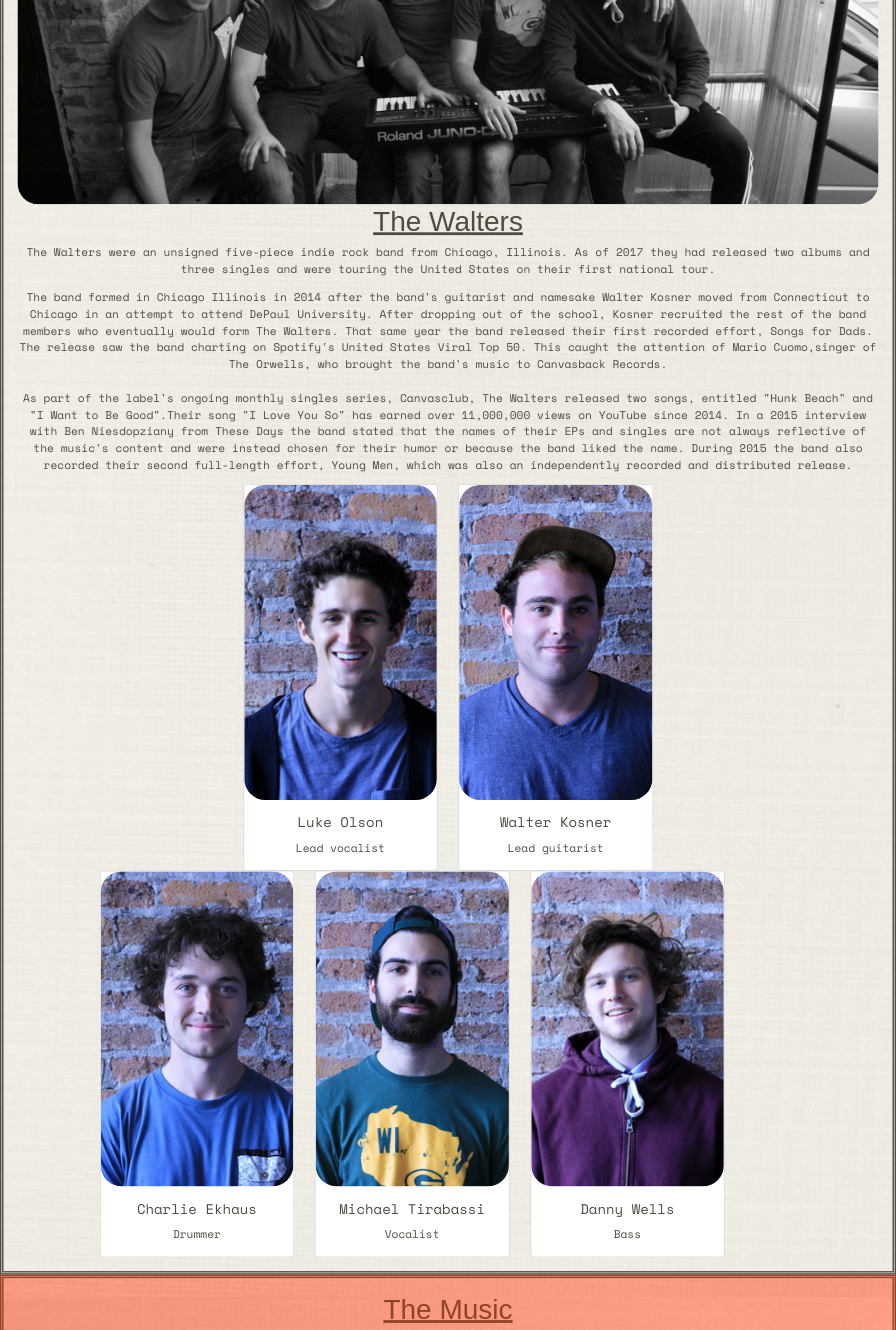
Repository: yucheng91/CIassignment1
Page: index.html
The author's editor kept a record of every edit. The page is drawn from the files as they stood at one moment, then again after the next edit.
The browser window is 1280 px wide. The pictures show the part of the page from y = 1147 to 3047 px (the page is 4296 px tall before and 4292 px after), at 70% of full size.
Pictures or frames that could not be fetched are drawn as grey boxes. Backgrounds fixed to the window are drawn as part of the page. Some web fonts or font styles are not loaded; a fallback is used.

Above is the page before.

### index.html
<!doctype html>
<html lang="en">

<head>
  <!-- Required meta tags -->
  <meta charset="utf-8">
  <meta name="viewport" content="width=device-width, initial-scale=1, shrink-to-fit=no">

  <!-- Bootstrap CSS -->
  <link rel="stylesheet" href="https://stackpath.bootstrapcdn.com/bootstrap/4.3.1/css/bootstrap.min.css" integrity="sha384-ggOyR0iXCbMQv3Xipma34MD+dH/1fQ784/j6cY/iJTQUOhcWr7x9JvoRxT2MZw1T" crossorigin="anonymous">
  <link rel="stylesheet" href="newstyle.css" type="text/css" />
  <link rel="stylesheet" href="https://maxcdn.bootstrapcdn.com/font-awesome/4.7.0/css/font-awesome.min.css" type="text/css" />
  <link href='https://fonts.googleapis.com/css?family=Allerta Stencil' rel='stylesheet'>
  <link href="https://fonts.googleapis.com/css?family=Space+Mono&display=swap" rel="stylesheet">
  <script src="https://code.jquery.com/jquery-3.4.1.js" integrity="sha256-WpOohJOqMqqyKL9FccASB9O0KwACQJpFTUBLTYOVvVU=" crossorigin="anonymous"></script>
  <title>The Walters</title>
</head>

<body>

  <header>
    <div class="container-fluid">
      <div class="row">
        <div class="col">
          <a name="Home" />
          <div class="vintage__container">
            <p class="vintage vintage__bot">THE WALTERS</p>
          </div>
        </div>
      </div>
      <div>
        <a href="https://www.facebook.com/TheWaltersband"><i class="fa fa-facebook-square fa-2x" aria-hidden="true"></i></a>
        <a href="https://twitter.com/TheWalters_"><i class="fa fa-twitter-square fa-2x" aria-hidden="true"></i></a>
        <a href="https://www.instagram.com/thewalters_/?hl=en"><i class="fa fa-instagram fa-2x" aria-hidden="true"></i></a>
        <a href="https://www.youtube.com/channel/UCm54E8Hlf_z1GIpVUChBTQA"><i class="fa fa-youtube-square fa-2x" aria-hidden="true"></i></a>
      </div>
    </div>
    </div>
    </br>
  </header>

  </section>
  <section id="thecarousel">
    <div id="carouselExampleControls" class="carousel slide" data-ride="carousel">
      <div class="carousel-inner">
        <div class="carousel-item active">
          <img class="d-block w-100" src="images/c1.jpg" alt="The Walters Group Photo 1">
        </div>
        <div class="carousel-item">
          <img class="d-block w-100" src="images/c2.jpg" alt="The Walters Group Photo 2">
        </div>
        <div class="carousel-item">
          <img class="d-block w-100" src="images/c3.jpg" alt="The Walters Group Photo 3">
        </div>
      </div>
      <a class="carousel-control-prev" href="#carouselExampleControls" role="button" data-slide="prev">
    <span class="carousel-control-prev-icon" aria-hidden="true"></span>
    <span class="sr-only">Previous</span>
  </a>
      <a class="carousel-control-next" href="#carouselExampleControls" role="button" data-slide="next">
    <span class="carousel-control-next-icon" aria-hidden="true"></span>
    <span class="sr-only">Next</span>
  </a>
    </div>
  </section>

  <section id="upcomingshow">
    <div>
      <h1>Upcoming Shows 2019</h1>
      <div class="text-content">
        <div class="container-fluid">
          <div class="row">
            <div class="col-12 col-md-3">
              <p>26-27 JUL</p>
            </div>
            <div class="col-12 col-md-6">
              <p>Hard Rock Hotel, Resort World Sentosa</p>
            </div>
            <div class="col-12 col-md-3 text-center">
              <a href="https://www.eventbrite.sg"><button type="button" class="btn btn-dark">RSVP</button></p></a>
            </div>
          </div>

          <div class="row">
            <div class="col-12 col-md-3">
              <p>30-31 AUG</p>
            </div>
            <div class="col-12 col-md-6">
              <p>Hard Rock Cafe, Orchard Singapore</p>
            </div>
            <div class="col-12 col-md-3 text-center">
              <a href="https://www.eventbrite.sg"><button type="button" class="btn btn-dark">RSVP</button></p></a>
            </div>
          </div>
          <div class="row">
            <div class="col-12 col-md-3">
              <p>27-28 SEP</p>
            </div>
            <div class="col-12 col-md-6">
              <p>Hard Rock Hotel, Resort World Sentosa</p>
            </div>
            <div class="col-12 col-md-3 text-center">
              <a href="https://www.eventbrite.sg"><button type="button" class="btn btn-dark">RSVP</button></p></a>
            </div>
          </div>
          <div class="row">
            <div class="col-12 col-md-3">
              <p>26-27 OCT</p>
            </div>
            <div class="col-12 col-md-6">
              <p>Hard Rock Cafe, Orchard Singapore</p>
            </div>
            <div class="col-12 col-md-3 text-center">
              <a href="https://www.eventbrite.sg"><button type="button" class="btn btn-dark">RSVP</button></p></a>
            </div>
          </div>
        </div>
      </div>
  </section>

  <section id="themembers">
    <div class="members">
      <a name="TheWalters" />
      <img src="images/groupphoto.jpeg" alt="The Walters">
      <h1>The Walters</h1>
      <div class="text-content">
        <p>The Walters were an unsigned five-piece indie rock band from Chicago, Illinois. As of 2017 they had released two albums and three singles and were touring the United States on their first national tour.</p>
        <p>The band formed in Chicago Illinois in 2014 after the band's guitarist and namesake Walter Kosner moved from Connecticut to Chicago in an attempt to attend DePaul University. After dropping out of the school, Kosner recruited the rest of the band
          members who eventually would form The Walters. That same year the band released their first recorded effort, Songs for Dads. The release saw the band charting on Spotify's United States Viral Top 50. This caught the attention of Mario Cuomo,singer
          of The Orwells, who brought the band's music to Canvasback Records. <br><br>
          As part of the label's ongoing monthly singles series, Canvasclub, The Walters released two songs, entitled "Hunk Beach" and "I Want to Be Good".Their song "I Love You So" has
          earned over 11,000,000 views on YouTube since 2014. In a 2015 interview with Ben Niesdopziany from These Days the band stated that the names of their EPs and singles are not always reflective of the music's content and were instead chosen
          for their humor or because the band liked the name. During 2015 the band also recorded their second full-length effort, Young Men, which was also an independently recorded and distributed release.</p>
        <div class="container-fluid">
          <div class="row">
            <div class="col-3"></div>
            <div class="col-12 col-md-3 card-padding">
              <div class="card">
                <img class="card-img-top" src="images/lukeolson.png" alt="Luke Olson Photo">
                <div class="card-body">
                  <h5 class="card-title">Luke Olson</h5>
                  <p class="card-text">Lead vocalist</p>
                </div>
              </div>
            </div>
            <div class="col-12 col-md-3 card-padding">
              <div class="card">
                <img class="card-img-top" src="images/walterkosner.png" alt="Walter Kosner Photo">
                <div class="card-body">
                  <h5 class="card-title">Walter Kosner</h5>
                  <p class="card-text">Lead guitarist</p>
                </div>
              </div>
            </div>
            <div class="col-3"></div>
          </div>
          <div class="row">
            <div class="col-1"></div>
            <div class="col-12 col-md-3 card-padding">
              <div class="card">
                <img class="card-img-top" src="images/charlieekhaus.jpeg" alt="Charlie Ekhaus Photo">
                <div class="card-body">
                  <h5 class="card-title">Charlie Ekhaus</h5>
                  <p class="card-text">Drummer</p>
                </div>
              </div>
            </div>
            <div class="col-12 col-md-3 card-padding">
              <div class="card">
                <img class="card-img-top" src="images/mjtirabassi.jpeg" alt="Michael Tirabassi Photo">
                <div class="card-body">
                  <h5 class="card-title">Michael Tirabassi</h5>
                  <p class="card-text">Vocalist</p>
                </div>
              </div>
            </div>
            <div class="col-12 col-md-3 card-padding">
              <div class="card">
                <img class="card-img-top" src="images/dannywells.png" alt="Danny Wells photo">
                <div class="card-body">
                  <h5 class="card-title">Danny Wells</h5>
                  <p class="card-text">Bass</p>
                </div>
              </div>
            </div>
            <div class="col-1"></div>
          </div>
        </div>
      </div>
    </div>
  </section>


  <section id="themusic">
    <div class="music">
      <a name="Music" />
      <h1>The Music</h1>
      <div class="container-fluid">
        <div class="row">
          <div class="col-2"></div>
          <div class="col-12 col-md-4">
            <iframe src="https://open.spotify.com/embed/album/3MFTbUnA8C9T6KCBb0gpH5" style="border: 0; width: 100%; height: 380px;" allowfullscreen allow="autoplay; encrypted-media"></iframe>
          </div>
          <div class="col-12 col-md-4">
            <iframe src="https://open.spotify.com/embed/album/5ADia0t4o7pA8dyi8jRA4E" style="border: 0; width: 100%; height: 380px;" allowfullscreen allow="autoplay; encrypted-media"></iframe>
          </div>
          <div class="col-2"></div>
        </div>
  </section>

  <section id="thevideo">
    <div class="video">
      <a name="Video" />
      <h1>The Video</h1>
      <div class="embed-responsive embed-responsive-16by9">
        <iframe class="embed-responsive-item" src="https://www.youtube.com/embed/5zfrnme2nJ4" allowfullscreen></iframe>
      </div>
    </div>
  </section>

  <footer>
    <ul class="nav justify-content-start">
      <li class="nav-item">
        <a class="nav-link active" href="#Home">Home</a>
      </li>
      <li class="nav-item">
        <a class="nav-link" href="#TheWalters">The Walters</a>
      </li>
      <li class="nav-item">
        <a class="nav-link" href="#Music">The Music</a>
      </li>
      <li class="nav-item">
        <a class="nav-link" href="#Video">The Video</a>
      </li>
    </ul>
  </footer>

  <!-- Optional JavaScript -->
  <!-- jQuery first, then Popper.js, then Bootstrap JS -->
  <script type="text/javascript" src="jquery.js"></script>
  <script src="https://cdnjs.cloudflare.com/ajax/libs/popper.js/1.14.7/umd/popper.min.js" integrity="sha384-UO2eT0CpHqdSJQ6hJty5KVphtPhzWj9WO1clHTMGa3JDZwrnQq4sF86dIHNDz0W1" crossorigin="anonymous"></script>
  <script src="https://stackpath.bootstrapcdn.com/bootstrap/4.3.1/js/bootstrap.min.js" integrity="sha384-JjSmVgyd0p3pXB1rRibZUAYoIIy6OrQ6VrjIEaFf/nJGzIxFDsf4x0xIM+B07jRM" crossorigin="anonymous"></script>
</body>

</html>

### newstyle.css
/*vintage container for the walters header*/

.vintage__container {
  display: inline-block;
  margin: 25px auto 40px;
}

.vintage {
  font-family: 'Six Caps', sans-serif;
  font-size: 50px;
  letter-spacing: 10px;
  line-height: 1;
  margin: 0;
  position: relative;
}

.vintage__top {
    color:rgb(255, 228, 193);
    position: absolute;
}

.vintage__bot {
  text-shadow:
    0px 0px rgb(255, 228, 193),
    1px 1px rgb(255, 228, 193),
    2px 2px rgb(100, 20, 15),
    3px 3px rgb(105, 25, 20),
    4px 4px rgb(110, 30, 25),
    5px 5px rgb(115, 30, 30),
    6px 6px rgb(120, 30, 35),
    7px 7px black,
    8px 8px black,
    9px 9px black,
    10px 10px black,
    11px 11px rgba(0, 0, 0, 0.9),
    12px 12px rgba(0, 0, 0, 0.7),
    13px 13px rgba(0, 0, 0, 0.5),
    14px 14px rgba(0, 0, 0, 0.1);

}

/*Style for entire website*/

body {
    text-align:center;
    background:url("images/background2.jpg");
    background-attachment:fixed;
}

header {
    background-color:#f1ede2B3;
    color:rgb(80,76,65);
    border-width:5px;
    border-style:double;
}

i {
    color:rgb(162,155,126);
}

/*img is only for carousel*/
img {
    height: 500px;
    width: 100%;
    object-fit: cover;
}

#upcomingshow{
    background-color:#8adad7B3;
    color:rgb(54,138,138);
    border-width:5px;
    border-style:double;
}

.text-content {
    font-family: 'Space Mono', monospace;
}

#themembers{
    background-color:#f1ede2B3;
    color:rgb(80,76,65);
    padding:20px;
    border-width:5px;
    border-style:double;
}

#themembers img{
    border-radius: 30px;
    height:450px;
}

#themusic{
    background-color:#ff7858B3;
    color:rgb(144,67,41);
    padding:20px;
    border-width:5px;
    border-style:double;
}

#thevideo{
    background-color:#f1ede2B3;
    color:rgb(80,76,65);
    padding:20px;
    /*additional margin-bottom for the navbar resizing*/
    margin-bottom:40px;
    border-width:3px;
    border-style:double;
}

h1 {
    font-family: 'Allerta Stencil',sans-serif;
    text-decoration:underline;
}

footer {
    position: fixed;
    bottom: 0;
    width: 100%;
    padding:0;
    background-color:#f5cd6bF2;
}

footer a {
    color:rgb(158,110,2);
}

/*Font change to address the size change*/
@media (max-width: 767px) {
    body {
        font-size: 15px;
    }

    h1 {
        font-size: 27px;
    }

    p {
        font-size: 15px;
    }

    navbar {
        font-size: 15px;
    }

}

@media (max-width:391px) {
    #thevideo {
        margin-bottom:76px;
    }

    .vintage {
        font-size:30px;
    }
    footer .a {
        font-size:12px;
    }

    h1 {
        font-size:20px;
    }

}

### jquery.js
/* global $ */

$("#thecarousel").hide();
$("#upcomingshow").hide();
$("#themembers").hide();
$("#themusic").hide();
$("#thevideo").hide();

$(function(){
    $("#thecarousel").fadeIn(2000);
    $("#upcomingshow").fadeIn(2500);
    $("#themembers").fadeIn(3000);
    $("#themusic").fadeIn(3500);
    $("#thevideo").fadeIn(4000);
})

After the next edit:
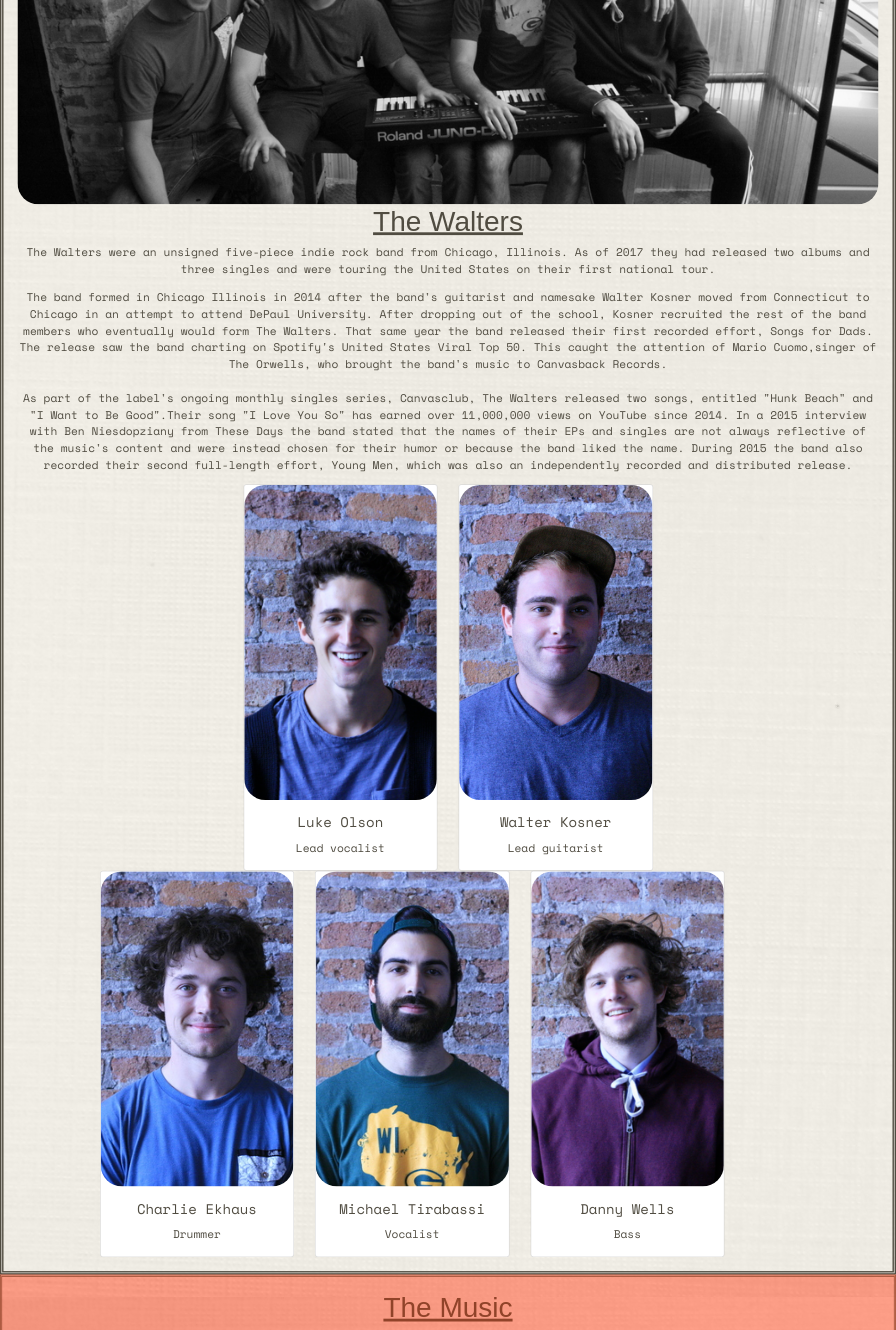
The edit:
--- a/newstyle.css
+++ b/newstyle.css
@@ -93,7 +93,7 @@
     background-color:#ff7858B3;
     color:rgb(144,67,41);
     padding:20px;
-    border-width:5px;
+    border-width:3px;
     border-style:double;
 }
 
